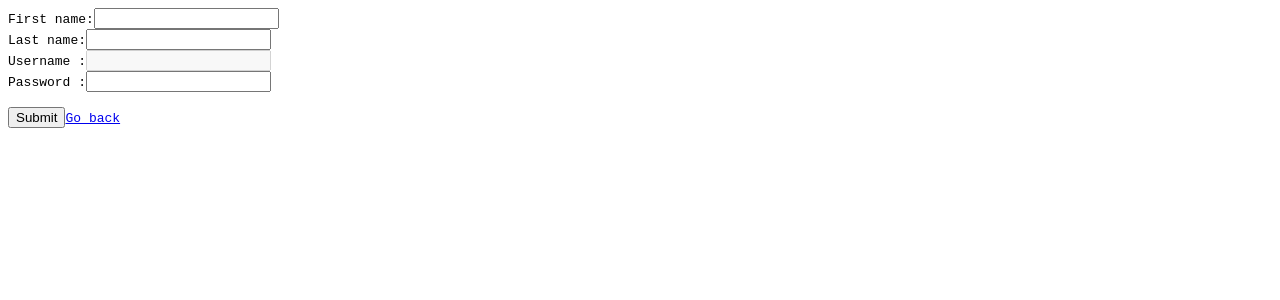
Repository: aneishkumar/AngularJS-Application
Page: Angularjs-Application-feb26th/project2/WebContent/updateuser.html
The author's editor kept a copy of each file at every save. The page is drawn from the files as they stood at one save, then again after the next save.
The browser window is 1280 px wide. The pictures show the whole page.

Above is the page before, as saved 2018-02-26 11:01:24.

### Angularjs-Application-feb26th/project2/WebContent/updateuser.html
<form>
<pre>
First name:<input type="text" ng-model="user.firstname">
Last name:<input type="text" ng-model="user.lastname">
Username :<input type="text" ng-model="user.username" disabled="disabled">
Password :<input type="password" ng-model="user.password">

<input type="submit" ng-click="edituser(user)"><a href="#/home">Go back</a>
</pre>
</form>
<br>

After the next save:
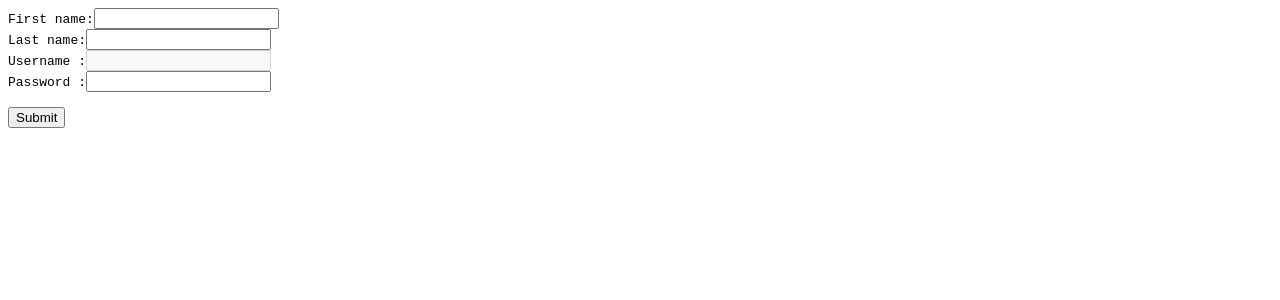
Saved 4 min 56 s later.
--- a/Angularjs-Application-feb26th/project2/WebContent/updateuser.html
+++ b/Angularjs-Application-feb26th/project2/WebContent/updateuser.html
@@ -5,7 +5,7 @@ Last name:<input type="text" ng-model="user.lastname">
 Username :<input type="text" ng-model="user.username" disabled="disabled">
 Password :<input type="password" ng-model="user.password">
 
-<input type="submit" ng-click="edituser(user)"><a href="#/home">Go back</a>
+<input type="submit" ng-click="edituser(user)">
 </pre>
 </form>
 <br>
